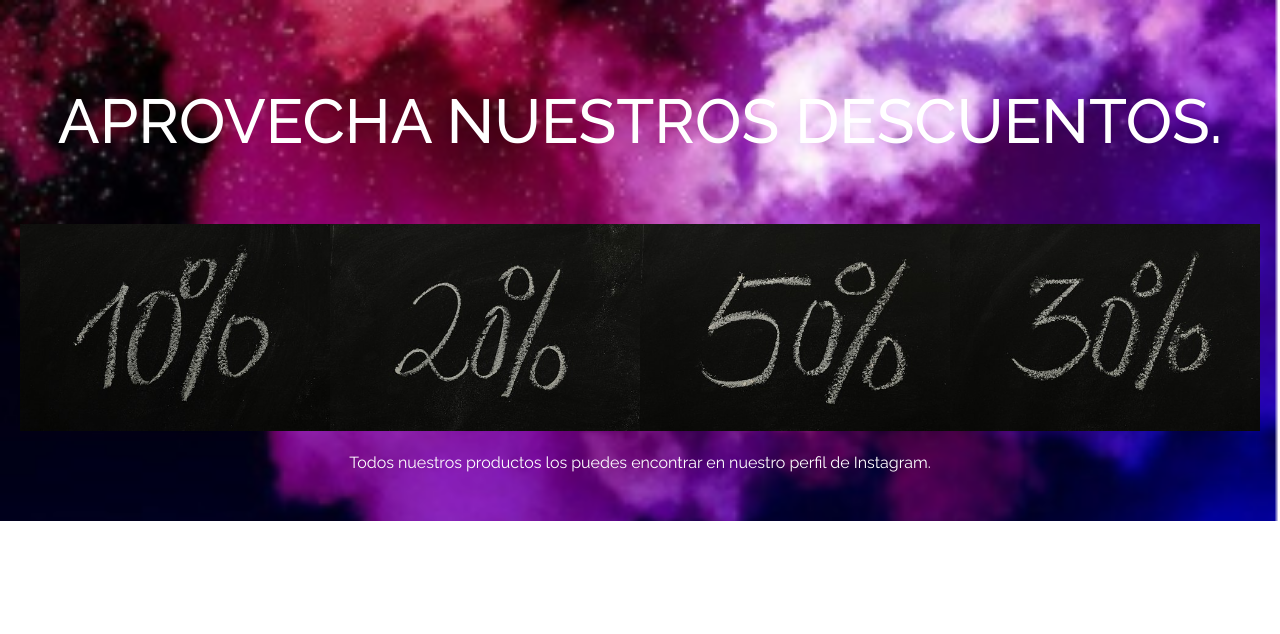
Repository: MrOverfl0w/CreacionesYura
Page: public/html/promos.html
The author's editor kept a record of every edit. The page is drawn from the files as they stood at one moment, then again after the next edit.
The browser window is 1280 px wide. The pictures show the whole page.

Above is the page before.
Console error: TypeError: $(...).superfish is not a function

### public/html/promos.html
<!DOCTYPE html>
<html lang="en">

<head>
  <meta charset="utf-8">
  <title>Productos - Creaciones Yura</title>
  <meta content="width=device-width, initial-scale=1.0" name="viewport">
  <meta content="" name="keywords">
  <meta content="" name="description">

  <!-- Favicon -->
  <link href="img/favicon.ico" rel="icon">

  <!-- Google Fonts -->
  <link href="https://fonts.googleapis.com/css?family=Raleway:400,500,700|Roboto:400,900" rel="stylesheet">

  <!-- Bootstrap CSS File -->
  <link href="lib/bootstrap/css/bootstrap.min.css" rel="stylesheet">

  <!-- Libraries CSS Files -->
  <link href="lib/font-awesome/css/font-awesome.min.css" rel="stylesheet">

  <!-- Main Stylesheet File -->
  <link href="css/style.css" rel="stylesheet">

  <!-- Main Stylesheet File -->
  <link href="css/portfolio.css" rel="stylesheet">

  <!-- =======================================================
    Theme Name: Bell
    Theme URL: https://bootstrapmade.com/bell-free-bootstrap-4-template/
    Author: BootstrapMade.com
    Author URL: https://bootstrapmade.com
  ======================================================= -->
</head>

<body>
  <!-- Page Content
    ================================================== -->

   <!-- Parallax -->

  <div class="block bg-primary block-pd-lg block-bg-overlay text-center">
    <h1>
        Aprovecha nuestros descuentos.
      </h1>

    <p>

    </p>

    <div class="portfolio-grid">
      <div class="row">
        <div class="col-lg-3 col-sm-6 col-xs-12">
          <div class="card card-block">
            <a href="contact.php"><img alt="" src="img/d/d1.jpg" border ="10">
              </a>
          </div>
        </div>

        <div class="col-lg-3 col-sm-6 col-xs-12">
          <div class="card card-block">
            <a href="#"><img alt="" src="img/d/d2.jpg">
              </a>
          </div>
        </div>

        <div class="col-lg-3 col-sm-6 col-xs-12">
          <div class="card card-block">
            <a href="#"><img alt="" src="img/d/d3.jpg">
              </a>
          </div>
        </div>

        <div class="col-lg-3 col-sm-6 col-xs-12">
          <div class="card card-block">
            <a href="#"><img alt="" src="img/d/d4.jpg">
              </a>
          </div>
        </div>
      </div>

    <div class="container text-center">
      <p>
       Todos nuestros productos los puedes encontrar en nuestro perfil de Instagram.
      </p>
    </div>
  </div>


  <!-- /Parallax -->

  <!-- Required JavaScript Libraries -->
  <script src="lib/jquery/jquery.min.js"></script>
  <script src="lib/jquery/jquery-migrate.min.js"></script>
  <script src="lib/bootstrap/js/bootstrap.bundle.min.js"></script>

  <!-- Template Specisifc Custom Javascript File -->
  <script src="js/custom.js"></script>

</body>
</html>

### public/css/style.css
/*
    Theme Name: Bell
    Theme URL: https://bootstrapmade.com/bell-free-bootstrap-4-template/
    Author: BootstrapMade.com
    Author URL: https://bootstrapmade.com
*/

h1,
h2,
h3,
h4,
h5,
h6 {
  font-family: "Raleway", Helvetica, Arial, sans-serif;
}

p {
  line-height: 1.55;
  color: #333;
  font-size: 400;
  font-family: "Raleway", Helvetica, Arial, sans-serif;
}

h1 {
  font-size: 62px;
}

h2 {
  font-size: 30px;
  margin-bottom: 65px;
}

h3 {
  font-size: 24px;
}

h4 {
  font-size: 18px;
}

/* ==================================================
  General
  ================================================== */

a {
  transition: 0.5s;
}

/* ==================================================
  Elements
  ================================================== */

.btn {
  background-color: #199EB8;
  font-family: "Roboto", Helvetica, Arial, sans-serif;
  font-weight: 800;
  color: #fff;
  padding: 15px 45px;
  border-radius: 50px;
}

.btn:hover {
  background-color: #E04F00;
  color: #fff;
}

.btn:focus {
  color: #fff;
}

.btn-ghost {
  border: 3px solid #fff;
  background-color: transparent;
}

.btn-ghost:hover {
  background-color: #fff;
  color: #199EB8;
}

section {
  padding: 85px 0;
}

.card {
  position: relative;
  padding: 0;
  border: 0;
  border-radius: 0;
  margin: 0;
  overflow: hidden;
}

a:hover {
  text-decoration: none !important;
}

.scrolltop {
  display: none;
  position: fixed;
  bottom: 15px;
  right: 15px;
  width: 42px;
  height: 42px;
  border-radius: 50%;
  background: #199EB8;
  color: #fff;
  text-align: center;
  font-size: 24px;
}

.scrolltop:hover,
.scrolltop:active,
.scrolltop:focus {
  color: #fff !important;
  opacity: .75;
}


/* ==================================================
  Header Styling
================================================== */

#header {
  z-index: 100;
  background: #0d4d68;
  height: 10vh;
  width: 100%;
  position: fixed;
  bottom: 0px;
}

#header #logoYura {
  margin: 14px 25px 0 0;
}

#header #logoYura h1 {
  font-size: 36px;
  margin: 0;
  padding: 2px 0;
  line-height: 1;
  font-family: "Raleway", Helvetica, Arial, sans-serif;
  font-weight: 700;
  letter-spacing: 3px;
  text-transform: uppercase;
}

#header #logoYura h1 a,
#header #logoYura h1 a:hover {
  color: #fff;
}

#header #logoYura img {
  padding: 0;
  margin: 0;
  max-height: 40px;
}

#header .social-nav {
  margin-top: 15px;
}

#header .social-nav a {
  font-size: 24px;
  margin-left: 15px;
  color: #fff;
}

#header .social-nav a:hover {
  color: rgba(255, 255, 255, 0.75);
}

/*--------------------------------------------------------------
# Navigation Menu
--------------------------------------------------------------*/

/* Nav Menu Essentials */

.nav-menu,
.nav-menu * {
  margin: 0;
  padding: 0;
  list-style: none;
}

.nav-menu ul {
  position: absolute;
  display: none;
  top: 100%;
  left: 0;
  z-index: 99;
}

.nav-menu li {
  position: relative;
  white-space: nowrap;
}

.nav-menu > li {
  float: left;
}

.nav-menu li:hover > ul,
.nav-menu li.sfHover > ul {
  display: block;
}

.nav-menu ul ul {
  top: 0;
  left: 100%;
}

.nav-menu ul li {
  min-width: 180px;
}

/* Nav Menu Arrows */

.sf-arrows .sf-with-ul {
  padding-right: 30px;
}

.sf-arrows .sf-with-ul:after {
  content: "\f107";
  position: absolute;
  right: 15px;
  font-family: FontAwesome;
  font-style: normal;
  font-weight: normal;
}

.sf-arrows ul .sf-with-ul:after {
  content: "\f105";
}

/* Nav Meu Container */

#nav-menu-container {
  margin: 0;
}

/* Nav Meu Styling */

.nav-menu a {
  padding: 22px 15px 18px 15px;
  text-decoration: none;
  display: inline-block;
  color: #fff;
  font-family: "Roboto", Helvetica, Arial, sans-serif;
  font-weight: 300;
  font-size: 15px;
  outline: none;
}

.nav-menu a:hover,
.nav-menu li:hover > a,
.nav-menu .menu-active > a {
  color: rgba(255, 255, 255, 0.75);
}

.nav-menu ul {
  margin: 4px 0 0 15px;
  box-shadow: 0px 0px 1px 1px rgba(0, 0, 0, 0.08);
}

.nav-menu ul li {
  background: #fff;
  border-top: 1px solid #f4f4f4;
}

.nav-menu ul li:first-child {
  border-top: 0;
}

.nav-menu ul li:hover {
  background: #199EB8;
  transition: 0.3s;
}

.nav-menu ul li a {
  color: #333;
  transition: none;
  padding: 10px 15px;
}

.nav-menu ul li a:hover {
  color: #fff;
}

.nav-menu ul ul {
  margin: 0;
}

/* Mobile Nav Toggle */

#mobile-nav-toggle {
  position: fixed;
  right: 0;
  top: 0;
  z-index: 999;
  margin: 8px 10px 0 0;
  border: 0;
  background: none;
  font-size: 24px;
  display: none;
  transition: all 0.4s;
  outline: none;
  cursor: pointer;
}

#mobile-nav-toggle i {
  color: #fff;
}

/* Mobile Nav Styling */

#mobile-nav {
  position: fixed;
  top: 0;
  padding-top: 18px;
  bottom: 0;
  z-index: 998;
  background: rgba(0, 0, 0, 0.9);
  left: -260px;
  width: 260px;
  overflow-y: auto;
  transition: 0.4s;
}

#mobile-nav ul {
  padding: 0;
  margin: 0;
  list-style: none;
}

#mobile-nav ul li {
  position: relative;
}

#mobile-nav ul li a {
  color: #fff;
  font-size: 16px;
  overflow: hidden;
  padding: 10px 22px 10px 15px;
  position: relative;
  text-decoration: none;
  width: 100%;
  display: block;
  outline: none;
}

#mobile-nav ul li a:hover {
  color: #fff;
}

#mobile-nav ul li li {
  padding-left: 30px;
}

#mobile-nav ul .menu-has-children i {
  position: absolute;
  right: 0;
  z-index: 99;
  padding: 15px;
  cursor: pointer;
  color: #fff;
}

#mobile-nav ul .menu-has-children i.fa-chevron-up {
  color: #199EB8;
}

#mobile-nav ul .menu-item-active {
  color: #199EB8;
}

#mobile-body-overly {
  width: 100%;
  height: 100%;
  z-index: 997;
  top: 0;
  left: 0;
  position: fixed;
  background: rgba(0, 0, 0, 0.6);
  display: none;
}

/* Mobile Nav body classes */

body.mobile-nav-active {
  overflow: hidden;
}

body.mobile-nav-active #mobile-nav {
  left: 0;
}

body.mobile-nav-active #mobile-nav-toggle {
  color: #fff;
}

/* ==================================================
  Stats Styling
================================================== */

.stats-row {
  margin-top: 65px;
}

.stats-col .circle {
  display: inline-block;
  width: 160px;
  height: 160px;
  font-family: "Raleway", Helvetica, Arial, sans-serif;
  font-weight: 500;
  color: #666;
  border: 6px solid #199EB8;
  border-radius: 50%;
  padding: 55px 25px 0 25px;
  position: relative;
}

.stats-col .circle .stats-no {
  color: #fff;
  width: 70px;
  height: 70px;
  line-height: 70px;
  top: -25px;
  right: -15px;
  font-family: "Raleway", Helvetica, Arial, sans-serif;
  font-size: 18px;
  background-color: #E04F00;
  position: absolute;
  border-radius: 50%;
  font-weight: 700;
}

/* ==================================================
  Parallax Styling
  ================================================== */

.block {
  background-image: url(../img/Capture.PNG);
  background-size: 100%;
  height: 100%;
  overflow: hidden;
  padding-top: 85px;
}

.block h1 {
  text-transform: uppercase;
  margin-bottom: 15px;
  color: #fff;
}

.block h2 {
  text-transform: uppercase;
  margin-bottom: 15px;
  color: #fff;
}

.block p {
  color: #fff;
  margin-bottom: 45px;
}

/* ==================================================
  Features Styling
  ================================================== */

.features {
  padding-bottom: 45px;
}

.features h2 {
  color: #199EB8;
}

.feature-col {
  display: table;
  padding-bottom: 45px;
}

.feature-col > div > div {
  display: table-cell;
  vertical-align: middle;
}

.feature-col > div > div:last-child {
  padding-left: 20px;
}

.feature-col .feature-icon {
  width: 70px;
  height: 70px;
  margin-bottom: 15px;
  background: #199EB8;
  color: #fff;
  font-size: 24px;
  text-align: center;
  line-height: 70px;
  border-radius: 50%;
  display: inline-block;
}

.feature-col h3 {
  color: #199EB8;
}

.feature-col p {
  font-family: "Roboto", Helvetica, Arial, sans-serif;
  font-size: 14px;
  color: #999;
}

/* ==================================================
  Call-to-action Styling
  ================================================== */

.cta {
  background-color: #199EB8;
  padding: 25px 0;
}

.cta h2 {
  margin-bottom: 5px;
}

.cta h2,
.cta p {
  color: #fff;
}

.cta p {
  margin-bottom: 0;
  opacity: .75;
}

.cta .btn-ghost {
  position: relative;
  top: 13px;
}



/* ==================================================
  Team Styling
  ================================================== */

.team h2 {
  color: #199EB8;
}

.team .col-sm-3 {
  padding: 0;
}

.team .card > a {
  display: block;
}

.team .card img {
  width: 100%;
}

.team .card h4 {
  color: #fff;
  text-transform: uppercase;
}

.team .card p {
  font-size: 11px;
  color: #fff;
  opacity: .75;
  margin: 0;
  padding: 0 35px;
}

.team .card .social-nav {
  margin-bottom: 45px;
}

.team .card .social-nav a {
  color: #fff;
  font-size: 16px;
  margin: 0 4px;
}

.team .card .social-nav a:hover {
  opacity: .75;
}

.team .card:hover .team-over {
  opacity: 1;
  visibility: visible;
}

.team .card:hover .card-title-wrap {
  background-color: #199EB8;
}

.team .card:hover .card-title-wrap .card-title,
.team .card:hover .card-title-wrap .card-text {
  color: #fff;
}

.team .team-over {
  padding-top: 45px;
  position: absolute;
  width: 100%;
  height: 100%;
  background: rgba(0, 0, 0, 0.8);
  top: 0;
  left: 0;
  text-align: center;
  opacity: 0;
  visibility: hidden;
  transition: all 0.3s ease;
}

.team .card-title-wrap {
  padding: 15px 25px;
  position: relative;
  z-index: 9;
  background-color: #fff;
}

.team .card-title-wrap .card-title,
.team .card-title-wrap .card-text {
  font-family: "Raleway", Helvetica, Arial, sans-serif;
  display: block;
  margin: 0;
}

.team .card-title-wrap .card-title {
  font-size: 24px;
  color: #333;
}

.team .card-title-wrap .card-text {
  font-size: 18px;
  color: #999;
}

/* ==================================================
  Contact Section
  ================================================== */

#contact {
  background: #f7f7f7;
  padding: 80px 0;
}

#contact h2 {
  font-family: "Raleway", Helvetica, Arial, sans-serif;
  color: #199EB8;
}

#contact .info i {
  font-size: 32px;
  color: #199EB8;
  float: left;
}

#contact .info p {
  padding: 0 0 10px 50px;
  line-height: 24px;
}

#contact .form #sendmessage {
  color: #199EB8;
  border: 1px solid #199EB8;
  display: none;
  text-align: center;
  padding: 15px;
  font-weight: 600;
  margin-bottom: 15px;
}

#contact .form #errormessage {
  color: red;
  display: none;
  border: 1px solid red;
  text-align: center;
  padding: 15px;
  font-weight: 600;
  margin-bottom: 15px;
}

#contact .form #sendmessage.show,
#contact .form #errormessage.show,
#contact .form .show {
  display: block;
}

#contact .form .validation {
  color: red;
  display: none;
  margin: 0 0 20px;
  font-weight: 400;
  font-size: 13px;
}

#contact .form input,
#contact .form textarea {
  border-radius: 0;
  box-shadow: none;
}

#contact .form button[type="submit"] {
  background: #199EB8;
  border: 0;
  padding: 10px 24px;
  color: #fff;
  transition: 0.4s;
}

#contact .form button[type="submit"]:hover {
  background: #23c2e1;
}

/* ==================================================
  Footer Styling
  ================================================== */

.site-footer {
  background-color: #111;
  padding: 0;
}

.site-footer h2,
.site-footer p {
  color: #fff;
}

.site-footer p {
  opacity: .75;
  line-height: 2.0925;
}

.site-footer h2,
.site-footer .btn {
  margin-bottom: 25px;
}

.site-footer .social-nav a {
  color: #fff;
  opacity: .25;
}

.site-footer .social-nav a:hover {
  opacity: 1;
}

.site-footer .bottom {
  background-color: #000;
  padding: 20px 0;
}

.site-footer .bottom .list-inline,
.site-footer .bottom p {
  margin: 0;
}

.site-footer .bottom .list-inline {
  position: relative;
  top: 5px;
}

.site-footer .bottom .list-inline a {
  color: #fff;
  font-family: "Roboto", Helvetica, Arial, sans-serif;
  margin-right: 15px;
}

.site-footer .bottom .list-inline a:hover {
  color: #199EB8;
}

.site-footer .credits {
  color: #ddd;
}

.site-footer .credits a {
  color: #199EB8;
}

/* ==================================================
  Responsive Styling
  ================================================== */

@media (max-width: 768px) {
  #header {
    height: 50px;
  }

  #header #logoYura {
    margin: 10px 0 0 0;
  }

  #header #logoYura h1 {
    padding: 2px 0;
    font-size: 26px;
  }

  #header #logoYura img {
    max-height: 30px;
  }

  #nav-menu-container {
    display: none;
  }

  #mobile-nav-toggle {
    display: inline;
  }
}

@media (max-width: 767px) {
  .block {
    padding-left: 30px;
    padding-right: 30px;
  }
}

@media (max-width: 61.9em) {
  section,
  .block,
  .cta {
    padding: 35px 0;
  }

  .features {
    padding-bottom: 5px;
  }

  p,
  .block p {
    margin: 0;
  }

  .hero-brand {
    margin-bottom: 35px;
  }

  .tagline {
    margin: 35px 0;
  }

  h1 {
    font-size: 32px;
    margin: 0;
  }

  h2,
  .tagline {
    font-size: 24px;
  }

  h2 {
    margin-bottom: 25px;
  }

  h3 {
    font-size: 14px;
  }

  .hero {
    padding: 75px 0;
  }

  .stats-col {
    margin-bottom: 25px;
  }

  .block {
    height: auto;
  }

  .feature-col {
    padding-bottom: 30px;
  }

  .portfolio-grid .card h3.card-title {
    font-size: 18px !important;
  }

  .portfolio-grid .card .card-text {
    font-size: 13px;
  }

  .team .team-over {
    padding-top: 20px;
  }

  .team .card .social-nav {
    margin-bottom: 15px;
    padding: 0;
  }

  .site-footer .social-nav {
    margin-bottom: 35px;
  }

  .site-footer .list-inline {
    text-align: center;
    padding-bottom: 15px;
  }

  .site-footer .list-inline li {
    display: inline-block;
  }
}

.social-icon{
  height:50px;
  line-height: 1.55;
  color: #333;
  font-size: 400;
  font-family: "Raleway", Helvetica, Arial, sans-serif;
}

### public/css/portfolio.css
/* ==================================================
  Portfolio Styling
  ================================================== */

.portfolio {
  background-color: #edf6ff;
  padding-bottom: 0;
}

.portfolio h2 {
  color: #199EB8;
  margin-bottom: 25px;
}

.portfolio-grid {
  margin-top: 65px;
}

.portfolio-grid .row {
  margin: 20px;
}

.portfolio-grid .row .col-lg-3{
  margin: auto;
}

.portfolio-grid .row > div {
  padding: 0;
}

.portfolio-grid .row > div .card img {
  width: 100%;
}

.portfolio-grid .row > div .card .portfolio-over {
  position: absolute;
  display: table-cell;
  vertical-align: middle;
  width: 100%;
  height: 100%;
  background: rgba(0, 0, 0, 0.8);
  top: 0;
  left: 0;
  text-align: center;
  opacity: 0;
  visibility: hidden;
  transition: all 0.3s ease;
}

.portfolio-grid .row > div .card .portfolio-over > div {
  position: relative;
  top: 50%;
  -webkit-transform: translateY(-50%);
  transform: translateY(-50%);
}

.portfolio-grid .row > div .card .portfolio-over .card-title {
  color: #fff;
  font-size: 30px;
}

.portfolio-grid .row > div .card .portfolio-over .card-text {
  color: #fff;
  opacity: .75;
  padding: 0 45px;
}

.portfolio-grid .row > div .card:hover .portfolio-over {
  opacity: 1;
  visibility: visible;
}

### public/js/custom.js

$(document).ready(function() {

  // Smooth scrolling
  $(function() {
    $('a[href*="#"]:not([href="#"])').click(function() {
      if (location.pathname.replace(/^\//,'') == this.pathname.replace(/^\//,'') && location.hostname == this.hostname) {
        var target = $(this.hash);
        target = target.length ? target : $('[name=' + this.hash.slice(1) +']');

        if (target.length) {
          $('html, body').animate({
            scrollTop: target.offset().top
          }, 1000, 'easeInOutExpo');

          if ( $(this).parents('.nav-menu').length ) {
            $('.nav-menu .menu-active').removeClass('menu-active');
            $(this).closest('li').addClass('menu-active');
          }

          if ( $('body').hasClass('mobile-nav-active') ) {
              $('body').removeClass('mobile-nav-active');
              $('#mobile-nav-toggle i').toggleClass('fa-times fa-bars');
              $('#mobile-body-overly').fadeOut();
          }
          return false;
        }
      }
    });
  });

  // Initiate superfish on nav menu
  $('.nav-menu').superfish({
    animation: {opacity:'show'},
    speed: 400
  });

  // Mobile Navigation
  if( $('#nav-menu-container').length ) {
      var $mobile_nav = $('#nav-menu-container').clone().prop({ id: 'mobile-nav'});
      $mobile_nav.find('> ul').attr({ 'class' : '', 'id' : '' });
      $('body').append( $mobile_nav );
      $('body').prepend( '<button type="button" id="mobile-nav-toggle"><i class="fa fa-bars"></i></button>' );
      $('body').append( '<div id="mobile-body-overly"></div>' );
      $('#mobile-nav').find('.menu-has-children').prepend('<i class="fa fa-chevron-down"></i>');

      $(document).on('click', '.menu-has-children i', function(e){
          $(this).next().toggleClass('menu-item-active');
          $(this).nextAll('ul').eq(0).slideToggle();
          $(this).toggleClass("fa-chevron-up fa-chevron-down");
      });

      $(document).on('click', '#mobile-nav-toggle', function(e){
          $('body').toggleClass('mobile-nav-active');
          $('#mobile-nav-toggle i').toggleClass('fa-times fa-bars');
          $('#mobile-body-overly').toggle();
      });

      $(document).click(function (e) {
          var container = $("#mobile-nav, #mobile-nav-toggle");
          if (!container.is(e.target) && container.has(e.target).length === 0) {
             if ( $('body').hasClass('mobile-nav-active') ) {
                  $('body').removeClass('mobile-nav-active');
                  $('#mobile-nav-toggle i').toggleClass('fa-times fa-bars');
                  $('#mobile-body-overly').fadeOut();
              }
          }
      });
  } else if ( $("#mobile-nav, #mobile-nav-toggle").length ) {
      $("#mobile-nav, #mobile-nav-toggle").hide();
  }

  // Stick the header at top on scroll
  $("#header").sticky({topSpacing:0, zIndex: '50'});

  // Counting numbers

  $('[data-toggle="counter-up"]').counterUp({
    delay: 10,
    time: 1000
  });

  // Tooltip & popovers
  $('[data-toggle="tooltip"]').tooltip();
  $('[data-toggle="popover"]').popover();

  // Background image via data tag
  $('[data-block-bg-img]').each(function() {
    // @todo - invoke backstretch plugin if multiple images
    var $this = $(this),
      bgImg = $this.data('block-bg-img');

      $this.css('backgroundImage','url('+ bgImg + ')').addClass('block-bg-img');
  });

  // jQuery counterUp
  if(jQuery().counterUp) {
    $('[data-counter-up]').counterUp({
      delay: 20,
    });
  }

  //Scroll Top link
  $(window).scroll(function(){
    if ($(this).scrollTop() > 100) {
      $('.scrolltop').fadeIn();
    } else {
      $('.scrolltop').fadeOut();
    }
  });

  $('.scrolltop, #logo a').click(function(){
    $("html, body").animate({
      scrollTop: 0
    }, 1000, 'easeInOutExpo');
    return false;
  });

});

Loaded but not shown: public/lib/bootstrap/css/bootstrap.min.css (library); public/lib/font-awesome/css/font-awesome.min.css (library); public/lib/jquery/jquery.min.js (library); public/lib/jquery/jquery-migrate.min.js (library); public/lib/bootstrap/js/bootstrap.bundle.min.js (library)

After the next edit:
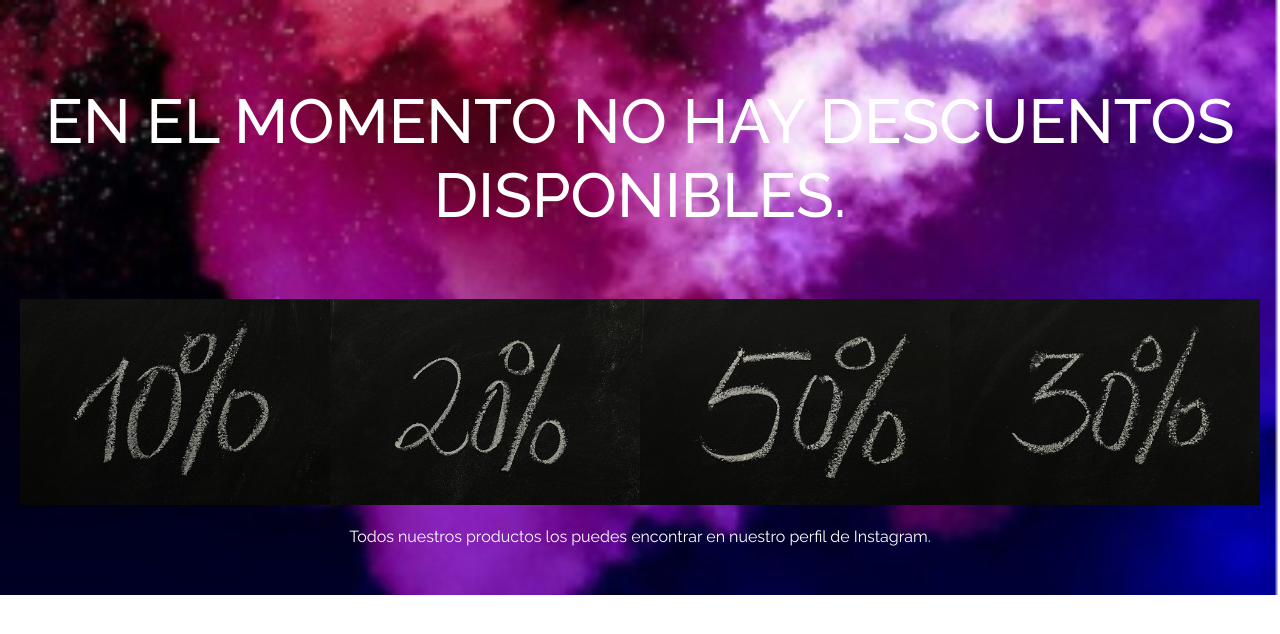
The edit:
--- a/public/html/promos.html
+++ b/public/html/promos.html
@@ -42,7 +42,7 @@
 
   <div class="block bg-primary block-pd-lg block-bg-overlay text-center">
     <h1>
-        Aprovecha nuestros descuentos.
+       En el momento no hay descuentos disponibles.
       </h1>
 
     <p>
